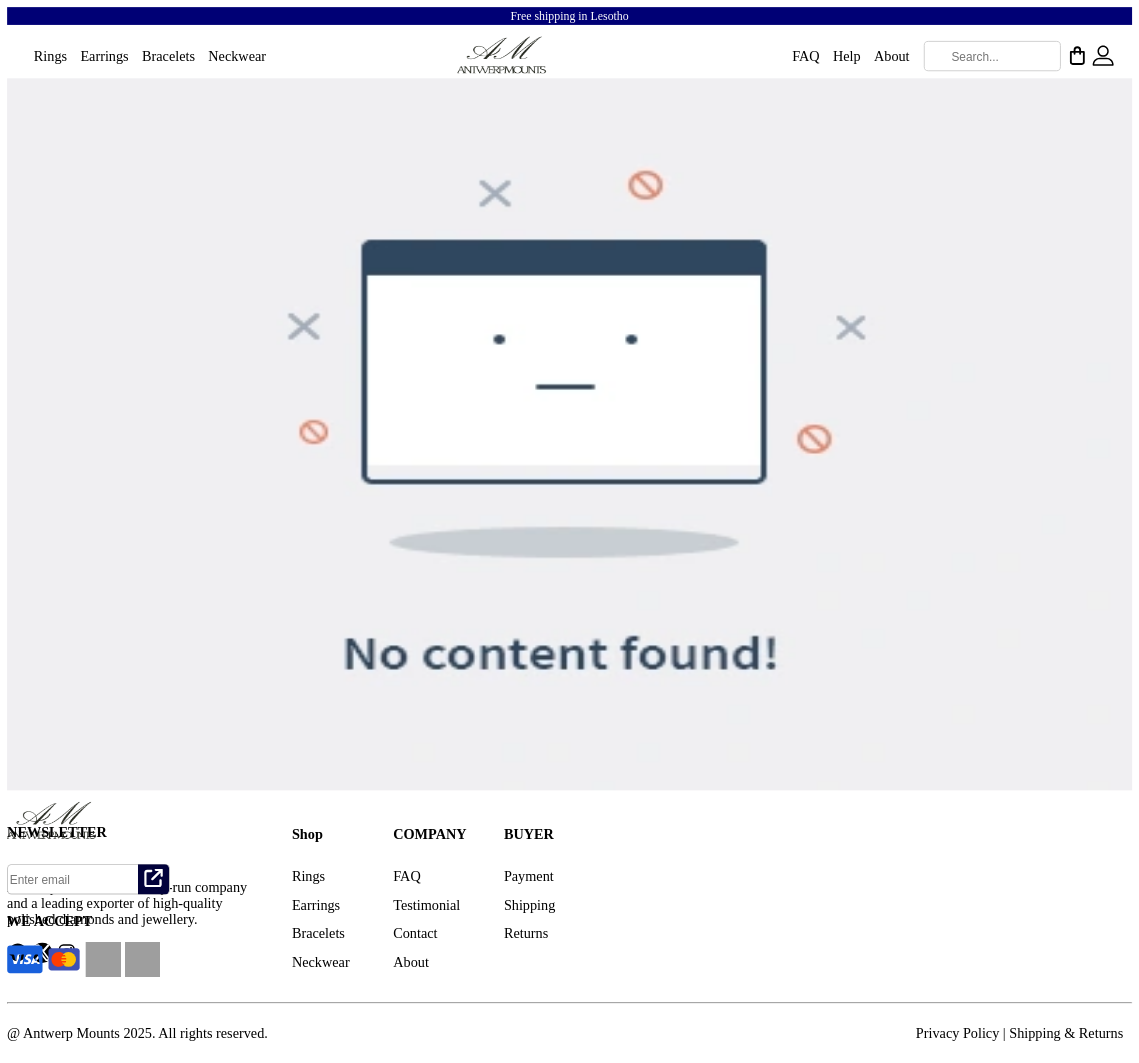
Repository: kea-0424/Web-Development-Project-1
Page: First_collaboration/JewelarySite.html
These files come from the project's save history. The page is drawn as it stood at one moment and after the next save; the edit follows.
The browser window is 1280 px wide. The pictures show the whole page, at 89% of full size.
Pictures or frames that could not be fetched are drawn as grey boxes.

Above is the page before, as saved 2025-01-23 11:16:11.

### First_collaboration/JewelarySite.html
<!DOCTYPE html>
<html lang="en">
<head>
    <meta charset="UTF-8">
    <meta name="viewport" content="width=device-width, initial-scale=1.0">
    <title>Document</title>
    <link rel="stylesheet" href="./JewelarySite.css">
</head>
<body>
    <header>
        <div class="notification">
            <span>Free shipping in Lesotho</span>
        </div>
        <nav>
                <ul class="navigations"  id="right_nav">
                    <li class="navbar_links"><a href="#">Rings</a></li>
                    <li class="navbar_links"><a href="#">Earrings</a></li>
                    <li class="navbar_links"><a href="#">Bracelets</a></li>
                    <li class="navbar_links"><a href="#">Neckwear</a></li>
                </ul>

            <div class="logo_container">
<img src="Main_Logo-removebg-preview.png" alt="Logo" class="main_logo" id="Nav_logo">
            </div>
                <ul class="navigations" id="left_nav">
                    <li class="navbar_links"><a href="#">FAQ</a></li>
                    <li class="navbar_links"><a href="#">Help</a></li>
                    <li class="navbar_links"><a href="#">About</a></li>
                </ul>
                <form action="#">
                    <i class='bx bx-search-alt-2'></i>
                    <input class='searchbar' type="text" placeholder="Search...">
                </form>
                <div class="nav_icons">
                    <img src="./cart.svg" alt="Logo" class="icon">
                    <img src="./profile.svg" alt="Logo" class="icon">
                </div>
        </nav>
    </header>
    <main>
        <img src="./NoContent.webp" alt="No_Content" class="No_Content">
    </main>
    <footer>
        <div class="about_us">
            <div class="logo_container">
                <img src="Main_Logo-removebg-preview.png" alt="Logo" class="main_logo">
                            </div>
                            <div class="bio">
                                <p>Antwerp Mounts is a family-run company<br>
                                    and a leading exporter of high-quality<br>
                                   polished diamonds and jewellery.</p>
                            </div>
                                <div class="social_media">
                                    <div class="socials" >
                                        <a href="#"><img src="./bxl-facebook-circle (1).svg" alt="Facebook" id="facebook_link"></a>
                                    </div>
                                    <div class="socials">
                                        <a href="#"><img src="./x-twitter-brands-solid.svg" alt="Twitter" id="X_link"></a>
                                    </div>
                                    <div class="socials">
                                        <a href="#"><img src="./bxl-instagram (1).svg" alt="Instagram" id="instagram_link"></a>
                                    </div>
                                    </div>
        </div>
        <div class="navigation">
            <div class="list1">
                <h4>Shop</h4>
                <ul class="footer_lists">
                    <li><a href="#">Rings</a></li>
                    <li><a href="#">Earrings</a></li>
                    <li><a href="#">Bracelets</a></li>
                    <li><a href="#">Neckwear</a></li>
                </ul>
            </div>
            <div class="list2">
               <h4>COMPANY</h4>
               <ul class="footer_lists">
                <li><a href="#">FAQ</a></li>
                <li><a href="#">Testimonial</a></li>
                <li><a href="#">Contact</a></li>
                <li><a href="#">About</a></li>
               </ul>
            </div>
            <div class="list3">
                <h4>BUYER</h4>
                <ul class="footer_lists">
                    <li><a href="#">Payment</a></li>
                    <li><a href="#">Shipping</a></li>
                    <li><a href="#">Returns</a></li>
                </ul>
            </div>
        </div>
        <div class="Subscription">
            <h4>NEWSLETTER</h4>
            <form action="#">
                <input type="text" placeholder="Enter email" class="newsletter_input">
                <button type="submit" class="submit_btn"><img src="./arrow-up-right-from-square-solid.svg" alt="arrow"></button>
            </form>
            <h4>WE ACCEPT</h4>
            <div class="payment_methods">
                <div class="payment_method">
                    <img src="./cc-visa-brands-solid.svg" alt="visa" id="visa">
                </div>
                <div class="payment_method">
                    <img src="mastercard.svg" alt="mastercard" id="mastercard">
                </div>
                <div class="payment_method">
                    <img src="./paypal.svg" alt="paypal" id="paypal">
        </div>
        <div class="payment_method">
            <img src="./skrill.svg" alt="skrill" id="skrill">
        </div>
            </div>
        </div>
        <hr>
        <div class="copyright">
            <p class="left_details">@ Antwerp Mounts 2025. All rights reserved.</p>
            <p class="right_details">Privacy Policy | Shipping & Returns</p>
        </div>
    </footer>
</body>
</html>

### First_collaboration/JewelarySite.css

body {
    box-sizing: border-box;
}
.notification {
    background-color: rgb(0 0 117);
    color: rgb(255 255 255);
    display: flex;
    align-items: center;
    justify-content: center;
    font-size: smaller;
    width: inherit;
    height: 20px;
}
nav {
    display: flex;
    justify-content: space-between;
    /*padding: 10px;*/
}
.main_logo {
    height: 80px;
    width: 100px;
    margin-top: 0;

}
#Nav_logo {
    margin: 0 auto;
    position: absolute;
    left: 40%;
}
.navigations,.navbar_links {
    list-style-type: none;
    display: flex;
    justify-content: space-between;
list-style: none;
text-decoration: none;
color: inherit;
margin-right: 15px;
padding: 0;
}
nav {
    position:relative;
    width: 100%;
    height: 60px
}

a {
    text-decoration: none;
color: inherit;
}
a:hover {
    /*font-size: larger;*/
    transition: font-size 0.2s ease-in-out;
    position: relative;
    /*background-color: blue;*/
    color: rgba(0 0 255 / 0.26);
    border-radius: 3px;
}
main,.No_Content {
    width: 100%;
    height: 800px;
}
.searchbar {
    width: 120px;
    height: 30px;
    border-radius: 5px;
    border: 1px solid #ccc;
    margin-top: 18px;
    padding-left: 30px;
    position: absolute;
    right: 80px;

}
.navbar_links {
    margin-top: 10px;
}
.icon {
    width: 25px;
    height: 25px;
    margin-top: 22px;
}
#left_nav{
    position: absolute;
    right: 220px;
}
#right_nav {
    position: absolute;
    left: 30px;
}
.nav_icons {
    margin-right: 20px;
}
.socials {
    /*border: 1px solid red;*/
    display: inline;
    height: 50px;
    width: 50px;
}
.bio {
    /*border: 1px solid red;*/
    display: inline-block;
}
#X_link {
    background-color: black;
    height: 23px;
    width: 23px;
    border-radius: 50%;
    display: inline-block;
}
/*.list1,.list2,.list3*/.navigation{
    /*border: 1px solid red;*/
    display: inline-block;
    position: absolute;
    left: 320px;
    top: 20px;
box-sizing: border-box;
}
footer {
    /*border: 1px solid red;*/
    position: relative;
}
.list1,.list2,.list3 {
    /*border: 1px solid red;*/
    display: inline-block;
    box-sizing: border-box;
    margin-right: 5px;
}
.list3 {
    position: relative;
    bottom: 32px;
}
.footer_lists {
    position: relative;
    right: 40px;
    list-style: none;
    line-height: 2em;
}
.newsletter_input {
    height: 30px;
    overflow: hidden;
    border-radius: 5px;
    border: 1px solid rgba(0 0 0 / 0.25);
    position: relative;
    /*z-index: 1;*/
}
.submit_btn {
    background-color: rgb(2 2 59);
    border: 1px solid transparent;
    height: 34px;
    width: 35px;
    position: relative;
    right: 40px;
    top: 4px;
    border-radius:0px 5px 5px 0px;
}
#visa, #mastercard, #paypal, #skrill {
    height: 40px;
    width: 40px;
}
#visa:hover, #mastercard:hover, #paypal:hover, #skrill:hover {
    height: 50px;
    width: 50px;
}
.payment_method {
    /*border: 1px solid red;*/
    display: inline-block;
    position: relative;
    bottom: 8px;
}
.Subscription {
/*border: 1px solid red;*/
display: inline;
position: absolute;
left: ;
top:18px;
}
hr {
    margin-top: 40px;
}
.copyright {
   /* border: 1px solid red;*/
    position: relative;
}
.left_details {
    /*border: 1px solid red;*/
    display: inline-block;
}
.right_details {
    /*border: 1px solid red;*/
    display: inline;
    position: absolute;
    right: 10px;
}

After the next save:
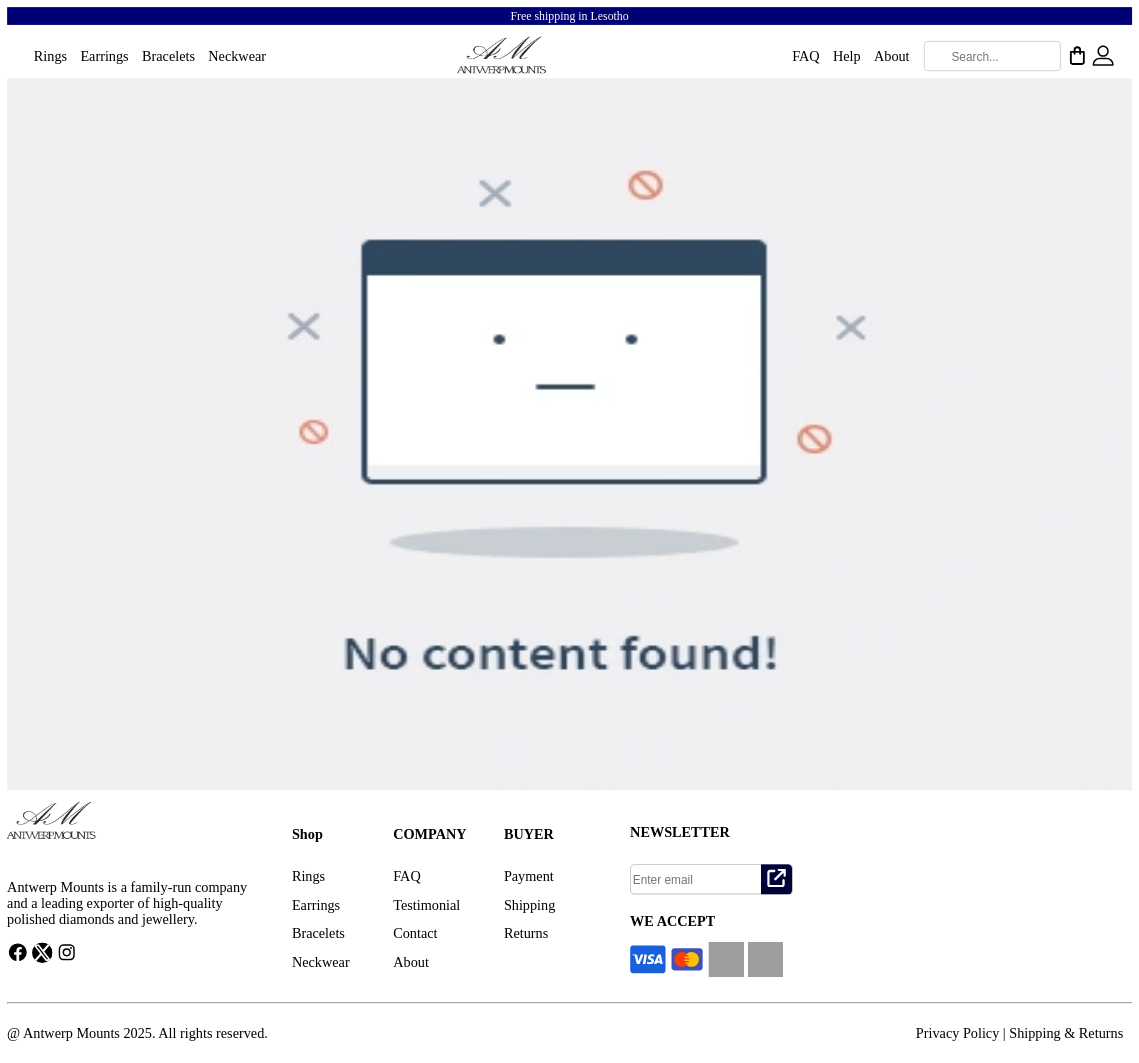
Saved 9 s later.
--- a/First_collaboration/JewelarySite.css
+++ b/First_collaboration/JewelarySite.css
@@ -171,7 +171,7 @@ footer {
 /*border: 1px solid red;*/
 display: inline;
 position: absolute;
-left: ;
+left: 700px;
 top:18px;
 }
 hr {
